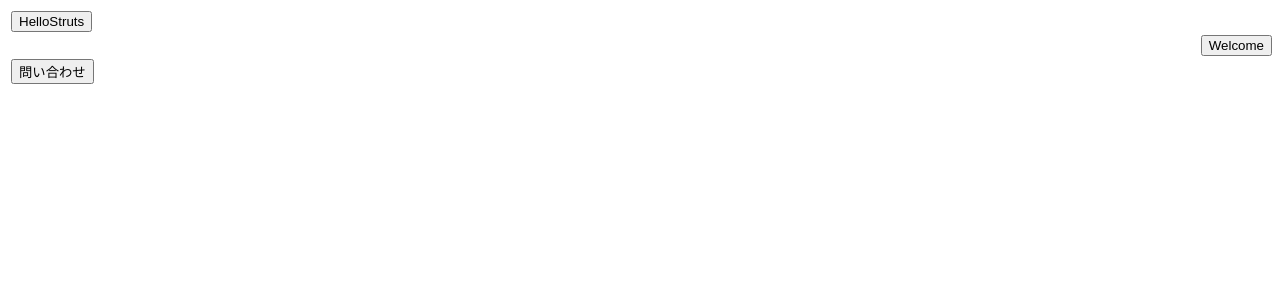
Repository: teru1236/test
Page: http://localhost/WebProJ5/
The author's editor kept a copy of each file at every save. The page is drawn from the files as they stood at one save, then again after the next save.
The browser window is 1280 px wide. The pictures show the whole page.
The page is served by Tomcat 9. Other server files are loaded and not shown.

Above is the page before, as saved 2018-03-05 07:28:46.

### WebProJ5/WebContent/index.jsp
<%@ page language="java" contentType="text/html; charset=UTF-8"
    pageEncoding="UTF-8"%>
<%@ taglib prefix="s" uri="/struts-tags" %>
<!DOCTYPE html PUBLIC "-//W3C//DTD HTML 4.01 Transitional//EN" "http://www.w3.org/TR/html4/loose.dtd">
<html>
<head>
<meta http-equiv="Content-Type" content="text/html; charset=UTF-8">
<title>INDEX</title>
</head>
<body>
	<s:form action="HelloStrutsAction">
		<s:submit value="HelloStruts"/>
	</s:form>

	<form action="WelcomeAction">
		<s:submit value="Welcome"/>
	</form>

	<s:form action="InquiryAction">
		<s:submit value="問い合わせ"/>
	</s:form>
</body>
</html>

After the next save:
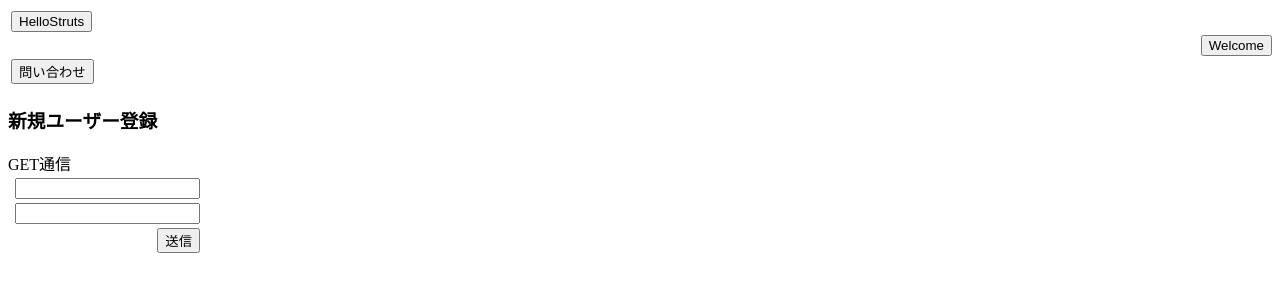
Saved 3 min 25 s later.
--- a/WebProJ5/WebContent/index.jsp
+++ b/WebProJ5/WebContent/index.jsp
@@ -19,5 +19,13 @@
 	<s:form action="InquiryAction">
 		<s:submit value="問い合わせ"/>
 	</s:form>
+
+	<h3>新規ユーザー登録</h3>
+	GET通信
+	<s:form method="get" action="TestAction">
+		<s:textfield name="username"/>
+		<s:password name="password"/>
+		<s:submit value="送信"/>
+	</s:form>
 </body>
 </html>
